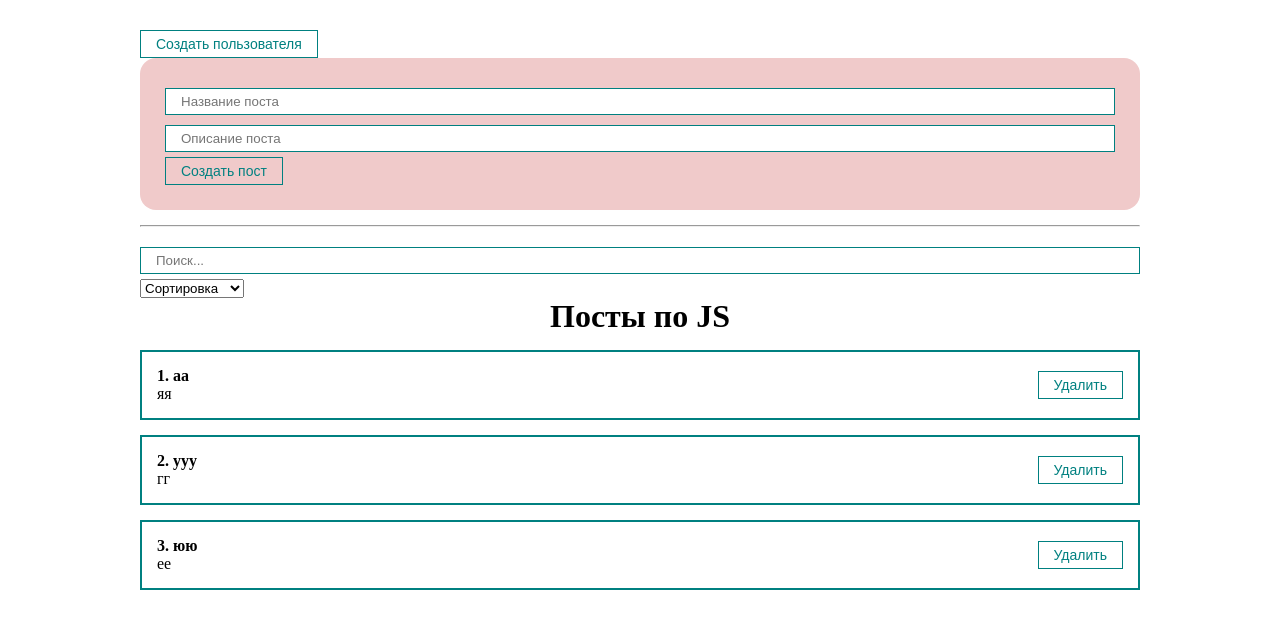
Repository: otvertka/ulb
Page: /
These files come from the project's save history. The page is drawn as it stood at one moment and after the next save; the edit follows.
The browser window is 1280 px wide. The pictures show the whole page.
The project was rebuilt for these pictures with package versions that can differ from the ones it lists, and the page was loaded fresh each time. Also part of the build but not shown: src/components/Counter.jsx, src/components/ClassCounter.jsx.

Above is the page before, as saved 2023-06-13 13:23:13.

### public/index.html
<!DOCTYPE html>
<html lang="en">
  <head>
    <meta charset="utf-8" />
    <meta name="viewport" content="width=device-width, initial-scale=1" />

    <title>React App</title>
  </head>
  <body>
    <noscript>You need to enable JavaScript to run this app.</noscript>
    <div id="root">
      <!-- ЗДЕСЬ БУДЕТ НАШЕ JS ПРИЛОЖЕНИЕ -->
    </div>
  </body>
</html>

### src/index.js
import React from "react";
import ReactDOM from "react-dom";
import App from "./App";

// const root = ReactDOM.createRoot(document.getElementById("root"));
// root.render(<App />);
ReactDOM.render(<App />, document.getElementById("root"));

### src/App.js
import React, { useState, useMemo, useRef } from "react";

import Counter from "./components/Counter";
import ClassCounter from "./components/ClassCounter";
import "./styles/App.css";
import PostItem from "./components/PostItem";
import PostList from "./components/PostList";
import MyButton from "./components/UI/button/MyButton";
import MyInput from "./components/UI/input/MyInput";
import PostForm from "./components/PostForm";
import MySelect from "./components/UI/select/MySelect";
import PostFilter from "./components/PostFilter";
import MyModal from "./components/UI/MyModal/MyModal";

function App() {
  const [posts, setPosts] = useState([
    { id: 1, title: "аа", body: "яя" },
    { id: 2, title: "ууу", body: "гг" },
    { id: 3, title: "юю", body: "ее" },
  ]);

  const [filter, setFilter] = useState({ sort: "", query: "" });
  const [modal, setModal] = useState(false);

  const sortedPosts = useMemo(() => {
    // console.log("ОТРАБОТАЛА ФУНКЦИЯ СОРТЕД ПОСТ");
    if (filter.sort) {
      return [...posts].sort(
        (a, b) => a[filter.sort].localeCompare(b[filter.sort]) // развернём Посты в новый массив и мутируем его
      );
    }
    return posts;
  }, [filter.sort, posts]);

  const sortedAndSearchedPosts = useMemo(() => {
    return sortedPosts.filter((post) =>
      post.title.toLowerCase().includes(filter.query.toLowerCase())
    );
  }, [filter.query, sortedPosts]);

  const createPost = (newPost) => {
    setPosts([...posts, newPost]);
    setModal(false);
  };

  // Получаем post из дочернего компонента
  const removePost = (post) => {
    setPosts(posts.filter((p) => p.id !== post.id));
  };

  // импортируем компонент
  return (
    <div className="App">
      <MyButton style={{ marginTop: 30 }} onClick={() => setModal(true)}>
        Создать пользователя
      </MyButton>

      <MyModal visible={modal} setVisible={setModal}>
        <PostForm create={createPost} />
      </MyModal>

      <hr style={{ margin: "15px 0" }} />
      <PostFilter filter={filter} setFilter={setFilter} />
      <PostList
        remove={removePost}
        posts={sortedAndSearchedPosts}
        title="Посты по JS"
      />
    </div>
  );
}

export default App;

### src/styles/App.css
* {
  margin: 0;
  padding: 0;
  box-sizing: border-box;
}

/* Рут- блок из index.html */
#root {
  display: flex;
  justify-content: center;
}

.App {
  width: 1000px;
}

.post {
  display: flex;
  padding: 15px;
  border: 2px solid teal;
  margin-top: 15px;
  justify-content: space-between;
  align-items: center;
}

### src/components/PostItem.jsx
import React from "react";
import MyButton from "./UI/button/MyButton";

// Props - входные данные в контексте Реакта. Можно представлять, что это аргумент функции, в кот. мы можем что-то передавать снаружи
const PostItem = (props) => {
  // console.log(props);
  return (
    <div className="post">
      <div className="post__content">
        <strong>
          {props.number}. {props.post.title}
        </strong>
        <div>{props.post.body}</div>
      </div>
      <div className="post__btns">
        <MyButton onClick={() => props.remove(props.post)}>Удалить</MyButton>
      </div>
    </div>
  );
};

export default PostItem;

### src/components/PostList.jsx
import React from "react";
import PostItem from "./PostItem";

const PostList = ({ posts, title, remove }) => {
  return (
    <div>
      <h1 style={{ textAlign: "center" }}>{title}</h1>
      {posts.map((post, index) => (
        <PostItem
          remove={remove}
          number={index + 1}
          post={post}
          key={post.id}
        />
      ))}
    </div>
  );
};

export default PostList;

### src/components/UI/button/MyButton.jsx
import React from "react";
import classes from "./MyButton.module.css";

const MyButton = ({ children, ...props }) => {
  return (
    //
    <button {...props} className={classes.myBtn}>
      {children}
    </button>
  );
};

export default MyButton;

### src/components/UI/input/MyInput.jsx
import React from "react";
import classes from "./MyInput.module.css";

const MyInput = React.forwardRef((props, ref) => {
  return (
    //
    <input ref={ref} className={classes.myInput} {...props} />
  );
});

export default MyInput;

### src/components/PostForm.jsx
import React, { useState } from "react";
import MyInput from "./UI/input/MyInput";
import MyButton from "./UI/button/MyButton";

const PostForm = ({ create }) => {
  const [post, setPost] = useState({ title: "", body: "" });

  const addNewPost = (e) => {
    e.preventDefault();

    const newPost = { ...post, id: Date.now() };
    create(newPost);
    setPost({ title: "", body: "" });
  };
  return (
    <form>
      {/* Управляемый компонент */}
      <MyInput
        value={post.title}
        onChange={(e) => setPost({ ...post, title: e.target.value })}
        type="text"
        placeholder="Название поста"
      ></MyInput>
      {/* Неуправляемый\ Неконтролируемый компонент */}
      <MyInput
        value={post.body}
        onChange={(e) => setPost({ ...post, body: e.target.value })}
        type="text"
        placeholder="Описание поста"
      ></MyInput>
      <MyButton onClick={addNewPost}>Создать пост</MyButton>
    </form>
  );
};

export default PostForm;

### src/components/UI/select/MySelect.jsx
import React from "react";

const MySelect = ({ options, defaultValue, value, onChange }) => {
  return (
    //
    <select value={value} onChange={(event) => onChange(event.target.value)}>
      <option disabled value="">
        {defaultValue}
      </option>
      {options.map((option) => (
        <option key={option.value} value={option.value}>
          {option.name}
        </option>
      ))}
    </select>
  );
};

export default MySelect;

### src/components/PostFilter.jsx
import React from "react";
import MyInput from "./UI/input/MyInput";
import MySelect from "./UI/select/MySelect";

const PostFilter = ({ filter, setFilter }) => {
  return (
    //
    <div>
      <MyInput
        value={filter.query}
        onChange={(e) => setFilter({ ...filter, query: e.target.value })}
        placeholder="Поиск..."
      />
      <MySelect
        value={filter.sort}
        onChange={(selectedSort) =>
          setFilter({ ...filter, sort: selectedSort })
        }
        defaultValue="Сортировка"
        options={[
          { value: "title", name: "По названию" },
          { value: "body", name: "По описанию" },
        ]}
      />
    </div>
  );
};

export default PostFilter;

### src/components/UI/MyModal/MyModal.jsx
import React from "react";
import cl from "./MyModal.module.css";

const MyModal = ({ children, visible, setVisible }) => {
  const rootClasses = [cl.MyModal];

  if (visible) {
    rootClasses.push(cl.active);
  }
  return (
    <div className={rootClasses.join(" ")}>
      <div className={cl.myModalContent}>{children}</div>
    </div>
  );
};

export default MyModal;

### src/components/UI/MyModal/MyModal.module.css
.myModal {
  position: fixed;
  top: 0;
  bottom: 0;
  right: 0;
  left: 0;
  display: none;
  background: rgba(0, 0, 0, 0.4);
}

.myModalContent {
  padding: 25px;
  background: rgb(240, 202, 202);
  border-radius: 16px;
  min-width: 250px;
}

.myModal.active {
  display: flex;
  justify-content: center;
  align-items: center;
}

Loaded but not shown: src/components/UI/button/MyButton.module.css (common file); src/components/UI/input/MyInput.module.css (common file)

After the next save:
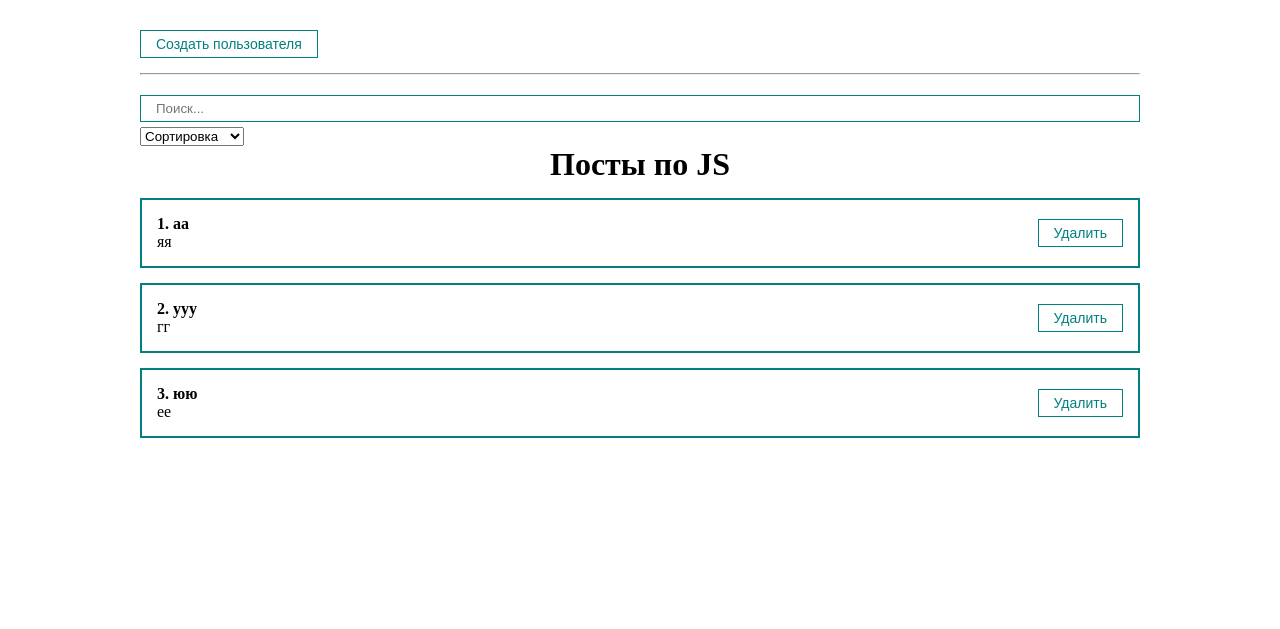
Saved 39 s later.
--- a/src/components/UI/MyModal/MyModal.jsx
+++ b/src/components/UI/MyModal/MyModal.jsx
@@ -2,7 +2,7 @@ import React from "react";
 import cl from "./MyModal.module.css";
 
 const MyModal = ({ children, visible, setVisible }) => {
-  const rootClasses = [cl.MyModal];
+  const rootClasses = [cl.myModal];
 
   if (visible) {
     rootClasses.push(cl.active);
